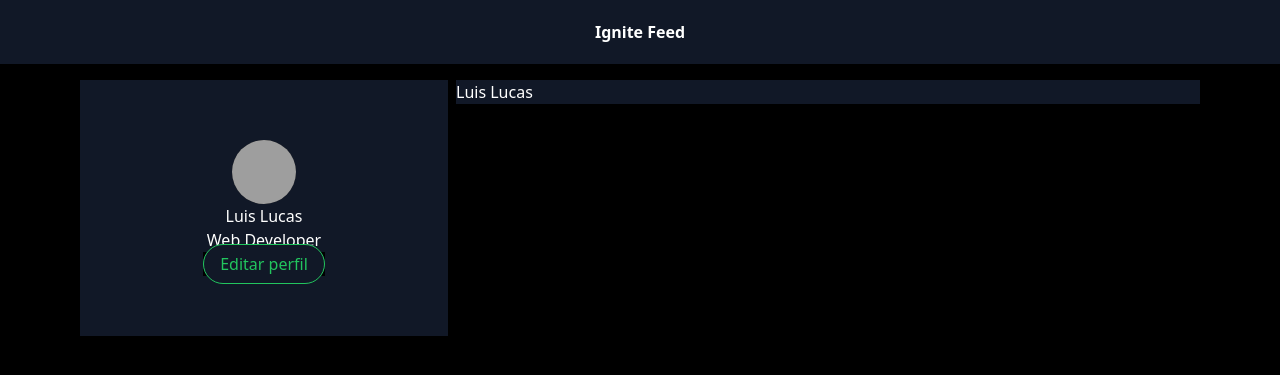
Repository: LuisSempre/ignite-feed
Page: /
An editor plug-in stored every save of this project. The page is shown before and after a run of saves, followed by the edit.
The browser window is 1280 px wide. The pictures show the whole page.
Pictures or frames that could not be fetched are drawn as grey boxes. The project was rebuilt for these pictures with package versions that can differ from the ones it lists, and the page was loaded fresh each time. Also part of the build but not shown: vite.config.js.

Above is the page before, as saved 2022-07-13 21:37:00.

### src/App.jsx
import { Header } from "./Components/Header"
import { Sidebar } from "./Components/Sidebar"
function App() {
  return (
    <div>
      <Header />
      <div className="max-w-6xl mx-auto p-4 grid grid-cols-3 gap-2 items-start">
        <Sidebar />
        <div className="bg-gray-900 col-span-2">
          Luis Lucas
        </div>
      </div>
    </div>
  );
}

export default App;

### src/index.css
@tailwind base;
@tailwind components;
@tailwind utilities;

* {
    @apply bg-black text-white;
}

h1, span, a {
    @apply bg-gray-900
}

### src/Components/Header.jsx
export function Header() {
  return (
    <div className="flex max-w-7xl items-center justify-center h-16 bg-gray-900">
      <h1 className="font-bold bg-gray-900">Ignite Feed</h1>
    </div>
  )
}

### src/Components/Sidebar.jsx
export function Sidebar() {
  return (
    <div className="bg-gray-900 justify-center items-center flex flex-col text-center overflow-hidden object-cover h-64">
      <img
        className="w-16 h-16 rounded-full"
        src="https://avatars.githubusercontent.com/u/32404639?v=4"
        alt=""
      />
      <h1>Luis Lucas</h1>
      <span>Web Developer</span>
      <div>
        <a href="" className="border border-green-500 px-4 py-2 rounded-full text-green-500">
            Editar perfil
        </a>
      </div>
    </div>
  );
}

Loaded but not shown: index.html (common file); src/main.jsx (common file); tailwind.config.js (common file)

After the next 2 saves:
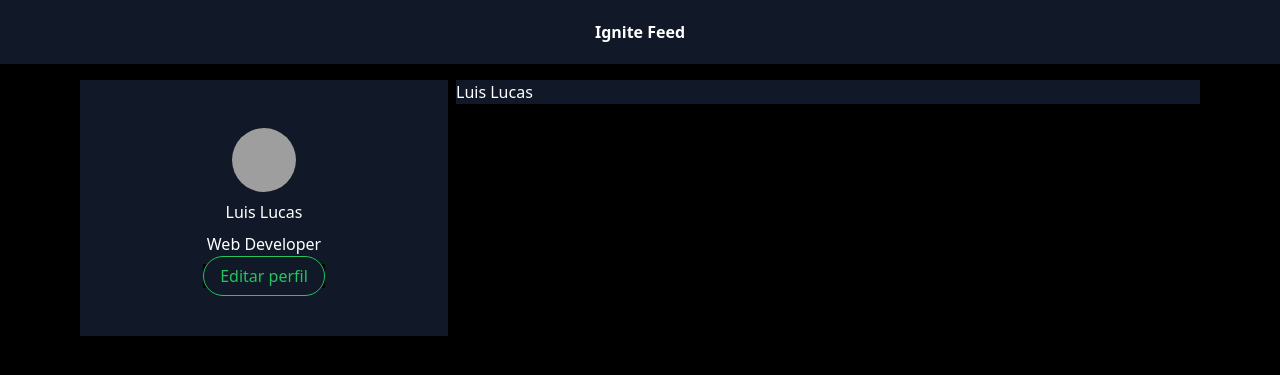
The 2 saves are shown as one change because 1 did not build or start.
The last was saved 29 s later.
--- a/src/Components/Sidebar.jsx
+++ b/src/Components/Sidebar.jsx
@@ -1,6 +1,6 @@
 export function Sidebar() {
   return (
-    <div className="bg-gray-900 justify-center items-center flex flex-col text-center overflow-hidden object-cover h-64">
+    <div className="bg-gray-900 justify-center items-center flex flex-col text-center overflow-hidden object-cover h-64 space-y-2">
       <img
         className="w-16 h-16 rounded-full"
         src="https://avatars.githubusercontent.com/u/32404639?v=4"
